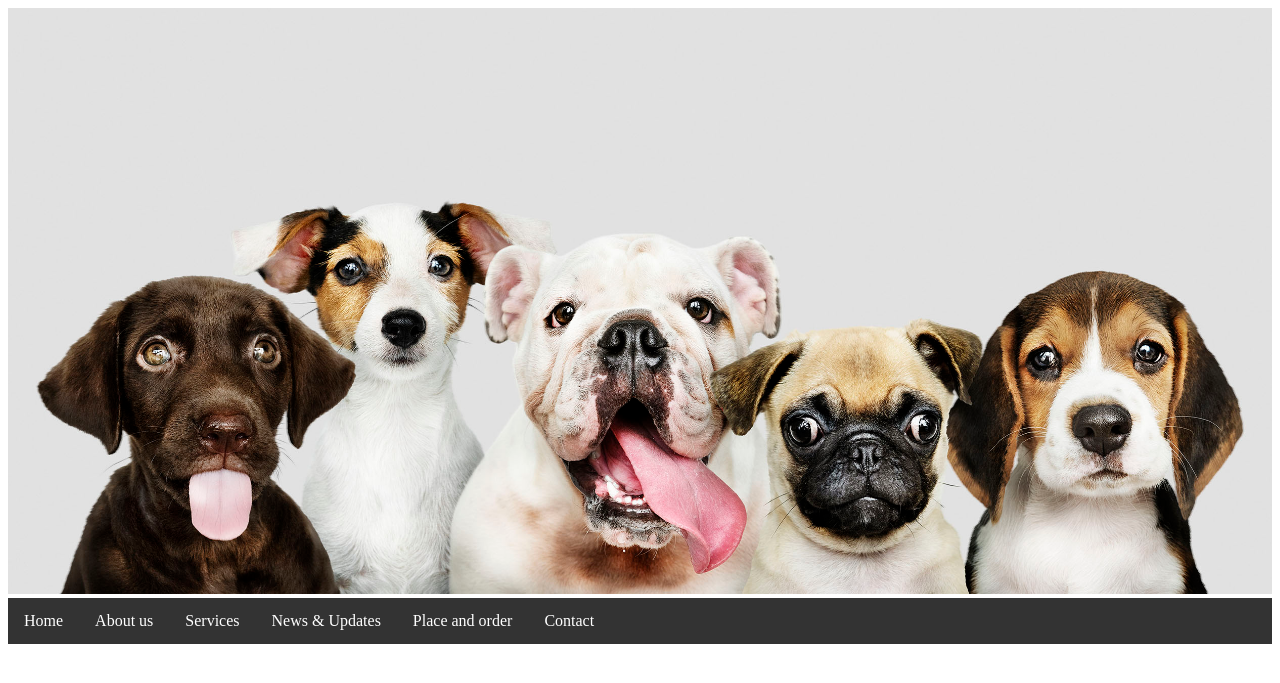
Repository: Tayma-Kazmouz/labwork
Page: index.html
These files come from the project's save history. The page is drawn as it stood at one moment and after the next save; the edit follows.
The browser window is 1280 px wide. The pictures show the whole page.

Above is the page before, as saved 2022-04-04 15:53:15.

After the next save:
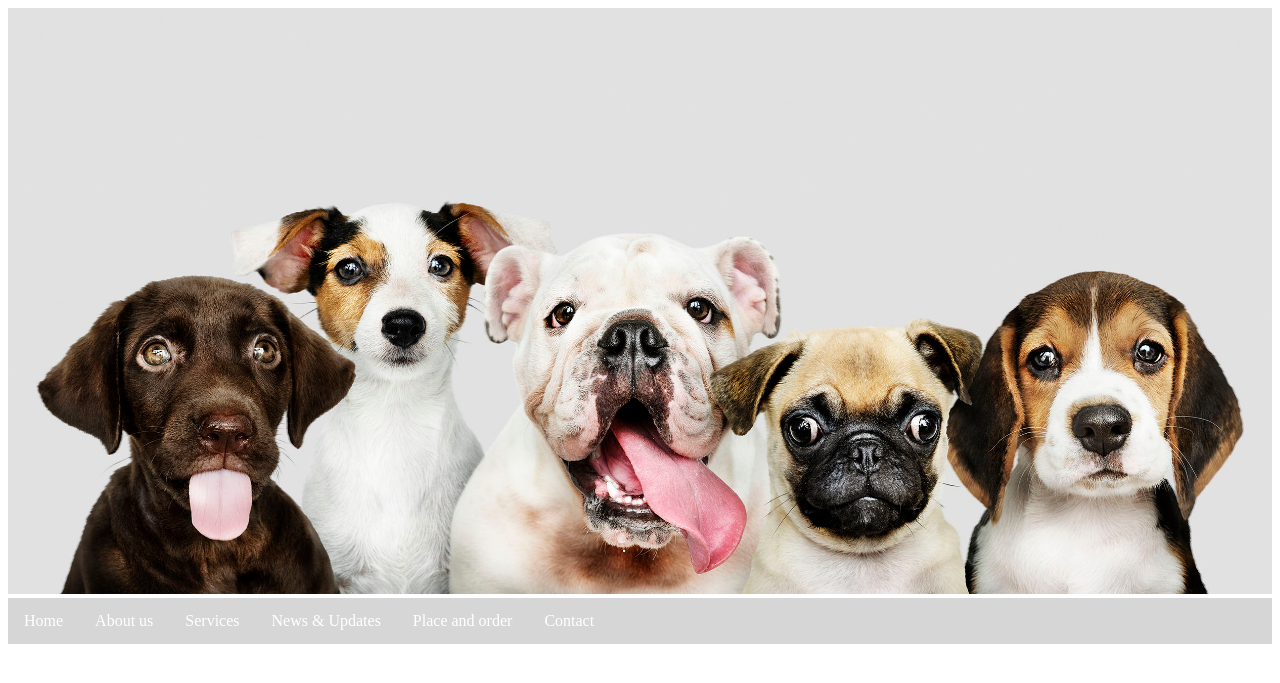
Saved 24 s later.
--- a/styles.css
+++ b/styles.css
@@ -7,7 +7,7 @@ ul {
     margin: 0;
     padding: 0;
     overflow: hidden;
-    background-color: #333;
+    background-color: rgb(214, 214, 214);
   }
 
   li {
